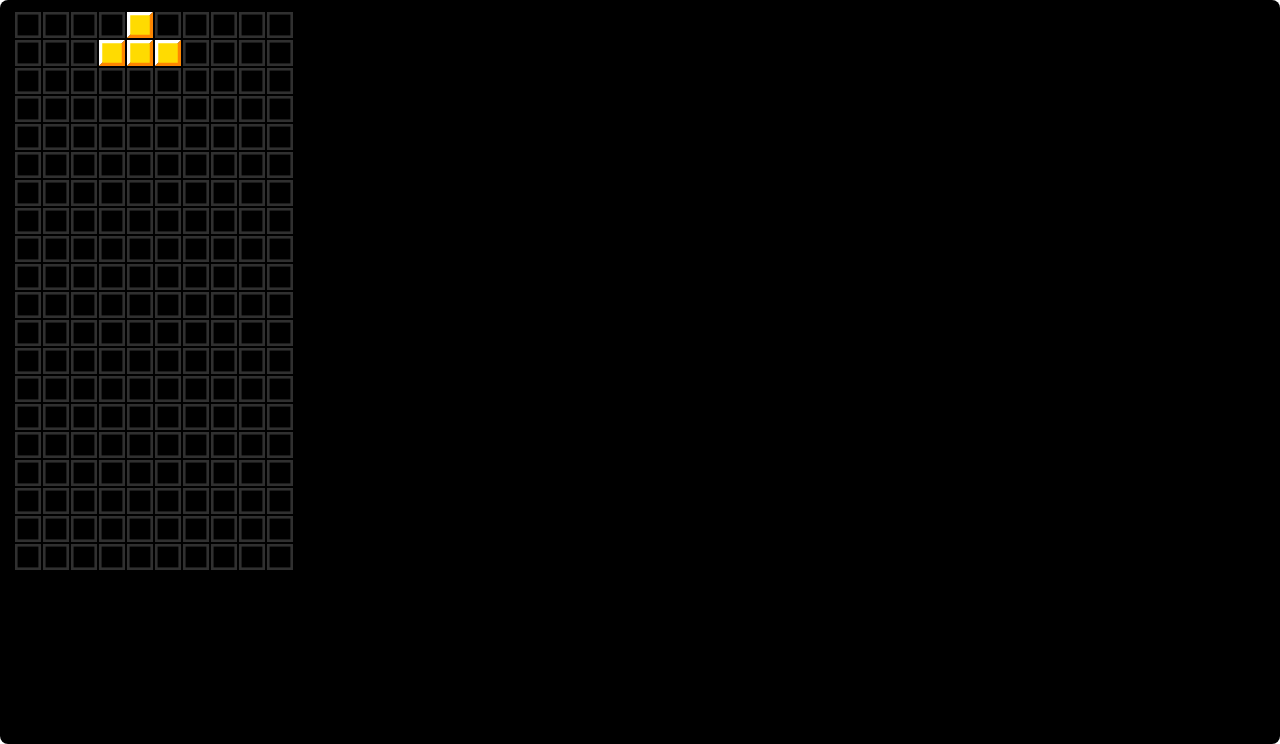
Repository: powidev/Epik-Tetris
Page: index.html
An editor plug-in stored every save of this project. The page is shown before and after the next save, followed by the edit.
The browser window is 1280 px wide. The pictures show the whole page.

Above is the page before, as saved 2025-05-20 10:25:03.

After the next save:
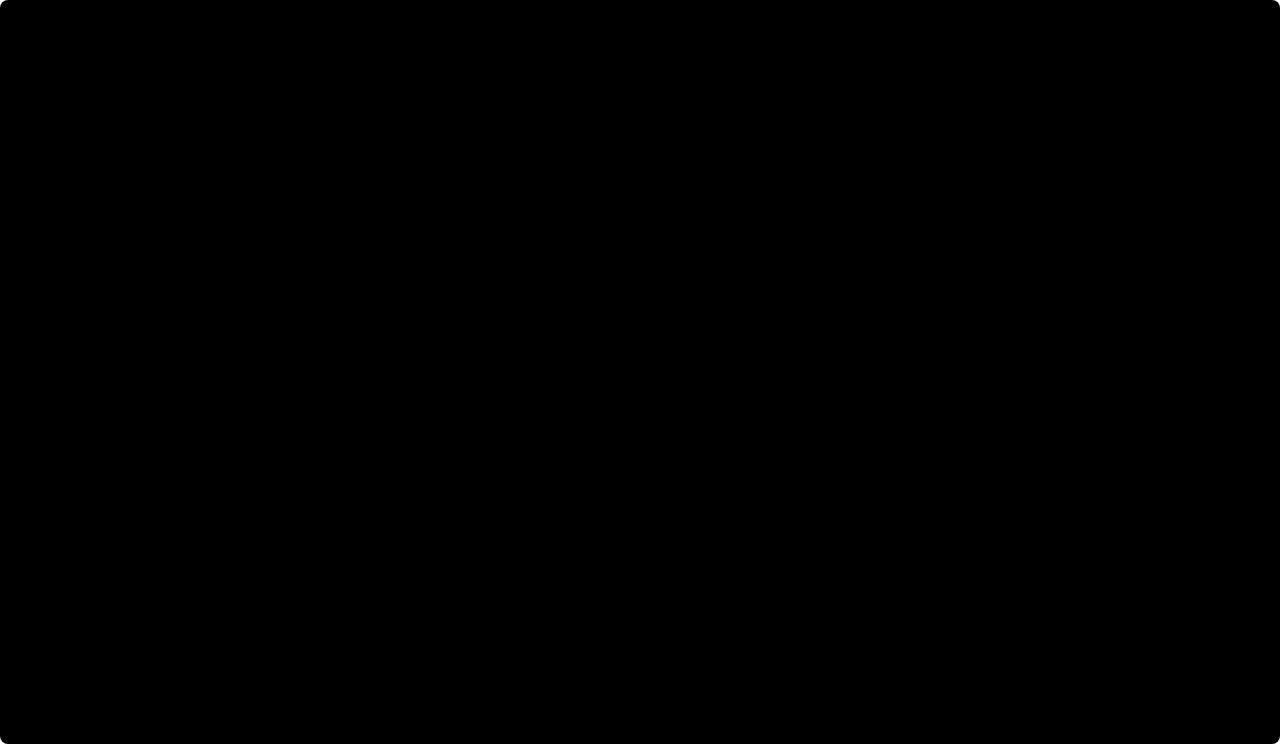
Console error: ReferenceError: BoardTetris is not defined
Saved 2 min 28 s later.
--- a/scripts/main.js
+++ b/scripts/main.js
@@ -1,5 +1,4 @@
-import { BoardTetris } from "/scripts/boardTetris.js";
-import { Tetromino, TetraminoTypes } from "/scripts/tetromino.js";
+
 
 const canvasTetris = document.getElementById("canvas-tetris");
 const rows = 20;
